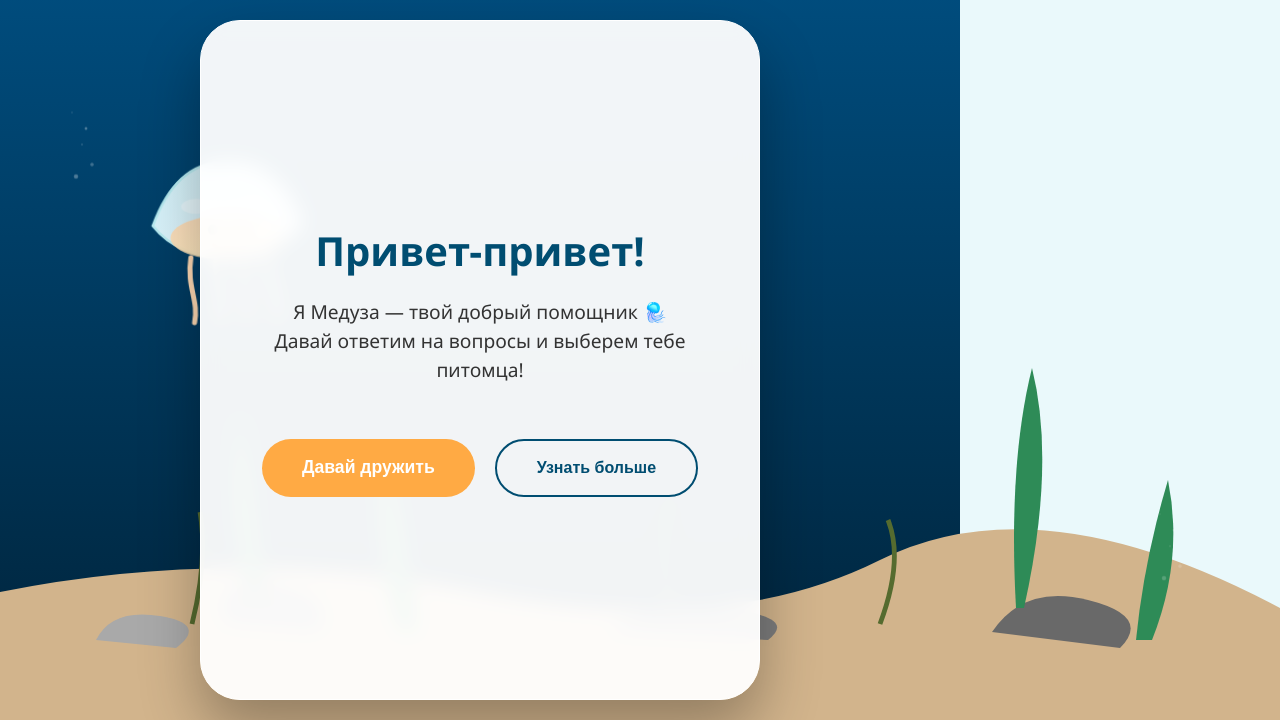
Repository: HOADF/kids-career-world
Page: index.html
These files come from the project's save history. The page is drawn as it stood at one moment and after the next save; the edit follows.
The browser window is 1280 px wide. The pictures show the whole page.

Above is the page before, as saved 2026-03-13 19:47:46.

### index.html
<!doctype html>
<html lang="ru">
<head>
  <meta charset="utf-8" />
  <meta name="viewport" content="width=device-width,initial-scale=1" />
  <title>Kids Career World</title>
  <link rel="stylesheet" href="style.css">
  <link rel="stylesheet" href="animations.css">
  <script type="module" src="script.js"></script>
</head>
<body>

  <img src="backgrounds/ocean_floor.svg" class="ocean-floor-global">
  <img src="pets/jellyfish.svg" class="jelly-global" id="main-pet-image">
  <img src="fx/bubbles.svg" class="bubble-stream stream-1">
  <img src="fx/bubbles.svg" class="bubble-stream stream-2">

  <main class="page-root">

    <section id="welcome-card" class="welcome-card">
      <h1>Привет-привет!</h1>
      <p class="lead">
        Я Медуза — твой добрый помощник 🪼<br>
        Давай ответим на вопросы и выберем тебе питомца!
      </p>
      <div style="display: flex; gap: 20px; justify-content: center; margin-top: 30px;">
        <button id="start-quiz" class="btn-primary">Давай дружить</button>
        <button id="learn-more" class="btn-ghost">Узнать больше</button>
      </div>
    </section>

    <section id="questions-section" class="questions-card hidden">
      <div id="progress">Вопрос <span id="q-index">1</span> из <span id="q-total">5</span></div>
      <h2 id="question-title" style="margin: 20px 0;">Загрузка...</h2>
      <div id="answers" style="display: grid; gap: 15px;"></div>
      <button id="btn-back" class="btn-ghost" style="margin-top: 20px;">◀ Назад</button>
    </section>

  </main>

</body>
</html>

### style.css
/* Главный файл стилей — "Оглавление" */
@import url('base.css');
@import url('components.css');
@import url('animations.css');
@import url('games-list.css');

### animations.css
/* ОБЩИЙ ФОН ДЛЯ ВСЕГО САЙТА */
body {
  margin: 0;
  padding: 0;
  width: 100vw;
  height: 100vh;
  overflow: hidden; /* Чтобы не было полос прокрутки */
  font-family: 'Segoe UI', sans-serif;

  /* Ставим картинку океана фоном всего документа */
  background: url('backgrounds/ocean.svg') no-repeat center center fixed;
  background-size: cover;
  display: flex;
  justify-content: center;
  align-items: center;
}

/* ДНО ОКЕАНА (фиксируем снизу) */
.ocean-floor-global {
  position: fixed;
  bottom: 0;
  left: 0;
  width: 100%;
  height: auto;
  pointer-events: none;
  z-index: 1;
}

/* МЕДУЗА (плавает за карточкой) */
.jelly-global {
  position: fixed;
  left: 10%;
  top: 20%;
  width: 200px;
  z-index: 2;
  animation: petFloat 6s ease-in-out infinite;
}

@keyframes petFloat {
  0%, 100% { transform: translateY(0) rotate(-2deg); }
  50% { transform: translateY(-30px) rotate(2deg); }
}

/* ПУЗЫРЬКИ (на весь экран) */
.bubble-stream {
  position: fixed;
  bottom: -100px;
  width: 40px;
  opacity: 0.4;
  z-index: 3;
}
.stream-1 { left: 5%; animation: rise 10s infinite; }
.stream-2 { left: 90%; animation: rise 15s infinite 2s; }

@keyframes rise {
  0% { transform: translateY(0); opacity: 0; }
  50% { opacity: 0.6; }
  100% { transform: translateY(-110vh); opacity: 0; }
}

/* СТЕКЛЯННАЯ КАРТОЧКА */
.page-root {
  position: relative;
  z-index: 10; /* Карточка всегда поверх фона */
  width: 100%;
  max-width: 600px;
  padding: 20px;
}

.welcome-card, .questions-card, .result-card {
  background: rgba(255, 255, 255, 0.95); /* Почти белая, но чуть прозрачная */
  backdrop-filter: blur(10px);
  border-radius: 40px;
  padding: 50px;
  text-align: center;
  box-shadow: 0 30px 60px rgba(0,0,0,0.3);
  border: 1px solid white;
}

h1 { color: #004d71; font-size: 2.5rem; margin: 0 0 20px; }
.lead { color: #333; font-size: 1.2rem; line-height: 1.5; }

.btn-primary {
  background: #ffaa44;
  color: white;
  border: none;
  padding: 18px 40px;
  border-radius: 50px;
  font-weight: bold;
  cursor: pointer;
  font-size: 1.1rem;
}

.btn-ghost {
  background: transparent;
  color: #004d71;
  border: 2px solid #004d71;
  padding: 18px 40px;
  border-radius: 50px;
  font-weight: bold;
}

.hidden { display: none !important; }

### script.js
import { petAssets } from './config.js';
import { QuizManager } from './quiz.js';

document.addEventListener('DOMContentLoaded', () => {
    const quiz = new QuizManager();

    // Элементы интерфейса
    const welcomeCard = document.getElementById('welcome-card');
    const questionsSection = document.getElementById('questions-section');
    const resultSection = document.getElementById('result-section');
    const petRoom = document.getElementById('pet-room');

    // Кнопки
    const startBtn = document.getElementById('start-quiz');
    const btnRestart = document.getElementById('restart');
    const btnContinue = document.getElementById('continue');
    const btnBack = document.getElementById('btn-back');

    // Поля теста
    const qTitle = document.getElementById('question-title');
    const qAnswers = document.getElementById('answers');
    const qIndexEl = document.getElementById('q-index');
    const qTotalEl = document.getElementById('q-total');

    // Поля результата
    const resultPet = document.getElementById('result-pet');
    const resultGames = document.getElementById('result-games');
    const resultTitle = document.getElementById('result-title');

    // Слои мира (динамический фон)
    const bgImg = document.getElementById('bg-img');
    const floorImg = document.getElementById('floor-img');
    const mainPetImg = document.getElementById('pet-img');

    // 1. ПРОВЕРКА ВХОДА
    if (localStorage.getItem('childName') && petRoom) {
        welcomeCard?.classList.add('hidden');
        petRoom.classList.remove('hidden');
    }

    // 2. СБОРКА SVG ПИТОМЦА
    function assemblePet(type, markType = 'heart') {
        const body = petAssets.bodies[type] || petAssets.bodies['artist'];
        const mark = petAssets.marks[markType] || "";
        return `
        <svg viewBox="0 0 200 200" style="width:100%; height:100%;">
          ${body}
          <g class="accessory-layer">${mark}</g>
        </svg>`;
    }

    // 3. ОБНОВЛЕНИЕ ВИЗУАЛА МИРА
    function updateWorld(worldData, petType) {
        if (!worldData) return;

        // Плавная смена через прозрачность (если добавить transition в CSS)
        if (bgImg) bgImg.src = worldData.bg;
        if (floorImg) floorImg.src = worldData.floor;

        // Меняем главного персонажа на фоне
        if (mainPetImg) {
            mainPetImg.src = `pets/${petType}.svg`;
            // Если используешь SVG сборку для фона:
            // mainPetImg.parentElement.innerHTML = assemblePet(petType);
        }
    }

    // 4. ОТОБРАЖЕНИЕ ВОПРОСА
    function renderQuestion() {
        const q = quiz.getCurrentQuestion();
        const progress = quiz.getProgress();

        qIndexEl.textContent = progress.current;
        qTotalEl.textContent = progress.total;
        qTitle.textContent = q.text;
        qAnswers.innerHTML = '';

        q.answers.forEach(ans => {
            const btn = document.createElement('button');
            btn.className = 'answer-btn btn-primary'; // Используем наши новые стили
            btn.style.margin = "5px";
            btn.textContent = ans.text;

            btn.onclick = () => {
                const step = quiz.nextQuestion(ans.type);
                if (step.finished) {
                    showResult(step.result);
                } else {
                    renderQuestion();
                }
            };
            qAnswers.appendChild(btn);
        });

        if (btnBack) btnBack.disabled = progress.current === 1;
    }

    function showResult(result) {
        questionsSection.classList.add('hidden');
        resultSection.classList.remove('hidden');

        // Меняем фон и персонажа под результат
        updateWorld(result.data.world, result.type);

        resultTitle.textContent = `Твой друг: ${result.data.pet}`;
        resultPet.innerHTML = assemblePet(result.type, 'heart');
        resultGames.textContent = result.data.games;
    }

    // 5. СОБЫТИЯ
    startBtn?.addEventListener('click', () => {
        welcomeCard.classList.add('hidden');
        questionsSection.classList.remove('hidden');
        renderQuestion();
    });

    btnBack?.addEventListener('click', () => {
        if (quiz.prevQuestion()) renderQuestion();
    });

    btnRestart?.addEventListener('click', () => {
        quiz.reset();
        resultSection.classList.add('hidden');
        welcomeCard.classList.remove('hidden');
        // Возвращаем стандартный фон океана
        if (bgImg) bgImg.src = 'backgrounds/ocean.svg';
        if (floorImg) floorImg.src = 'backgrounds/ocean_floor.svg';
    });

    btnContinue?.addEventListener('click', () => {
        localStorage.setItem('childName', 'Друг');
        location.reload();
    });
});

### base.css
/* ---------- Базовые стили ---------- */
:root {
  --color-bg: #eaf9fb;
  --color-accent: #ffb44a;
  --color-text: #023436;
  --color-subtle: #0b6b6f;
  --color-white: #ffffff;
  --transition-fast: 0.3s ease;
  --transition-slow: 0.6s ease;
}

* {
  box-sizing: border-box;
  margin: 0;
  padding: 0;
}

html, body {
  width: 100%;
  height: 100%;
  font-family: system-ui, "Segoe UI", Roboto, sans-serif;
  color: var(--color-text);
  background-color: var(--color-bg);
  overflow-x: hidden;
}

.hidden {
  display: none !important;
}

.background-decor {
  position: fixed;
  top: 0;
  left: 0;
  width: 100%;
  height: 100%;
  background: linear-gradient(180deg, #eaf9fb 0%, #f8ffff 100%);
  z-index: -1;
}

.page-root {
  display: flex;
  flex-direction: column;
  align-items: center;
  justify-content: center;
  padding: 2rem;
  min-height: 100vh;
}

/* 📱 АДАПТИВНОСТЬ ПОД УСТРОЙСТВА */
@media (max-width: 700px) {
  .welcome-card { padding: 1.5rem; }
  .welcome-inner { flex-direction: column; text-align: center; }
  .controls { justify-content: center; }
}

@media (max-width: 480px) {
  body { font-size: 14px; padding: 0.5rem; }
  .welcome-card, .questions-card, .result-card { padding: 1rem; border-radius: 1rem; }
  .welcome-card h1 { font-size: 1.4rem; line-height: 1.4; }
  .welcome-text p { font-size: 0.95rem; }
  .controls { flex-direction: column; gap: 0.75rem; }
  button { width: 100%; font-size: 1rem; padding: 0.8rem; }
  .pet-visual { width: 120px; height: 120px; }
}

@media (min-width: 481px) and (max-width: 768px) {
  body { font-size: 16px; padding: 1rem; }
  .welcome-card, .questions-card, .result-card { padding: 1.5rem; }
  .welcome-card h1 { font-size: 1.8rem; }
  .welcome-text p { font-size: 1rem; }
  button { font-size: 1rem; padding: 0.9rem 1.2rem; }
  .pet-visual { width: 150px; height: 150px; }
}

@media (min-width: 769px) and (max-width: 1200px) {
  body { font-size: 18px; padding: 1.5rem; }
  .welcome-card, .questions-card, .result-card { padding: 2rem; }
  .welcome-card h1 { font-size: 2rem; }
  .pet-visual { width: 180px; height: 180px; }
}

@media (min-width: 1201px) {
  body { font-size: 20px; max-width: 960px; margin: 0 auto; }
  .welcome-card, .questions-card, .result-card { border-radius: 2rem; }
  .pet-visual { width: 200px; height: 200px; }
}

### components.css
/* ---------- Карточки и Кнопки ---------- */
.welcome-card,
.questions-card,
.result-card {
  background: var(--color-white);
  border-radius: 24px;
  box-shadow: 0 6px 20px rgba(0, 0, 0, 0.08);
  max-width: 900px;
  width: 100%;
  padding: 2rem 3rem;
  display: flex;
  flex-direction: column;
  justify-content: center;
  animation: fadeIn var(--transition-slow);
}

.welcome-inner { display: flex; align-items: center; gap: 2rem; flex-wrap: wrap; justify-content: center; }
.welcome-text { flex: 1 1 400px; text-align: left; }

h1, h2 { font-weight: 700; color: var(--color-subtle); margin-bottom: 1rem; }
.lead { font-size: 1.1rem; line-height: 1.6; margin-bottom: 1.5rem; }

.controls { display: flex; gap: 1rem; flex-wrap: wrap; margin-bottom: 1rem; }

.btn-primary, .btn-ghost {
  font-size: 1rem; border-radius: 12px; padding: 0.8rem 1.6rem;
  cursor: pointer; transition: all var(--transition-fast); border: none;
}
.btn-primary { background: var(--color-accent); color: var(--color-white); }
.btn-primary:hover { background: #ff9f1a; transform: translateY(-2px); }
.btn-ghost { background: transparent; color: var(--color-subtle); border: 2px solid var(--color-subtle); }
.btn-ghost:hover { background: var(--color-subtle); color: var(--white); transform: translateY(-2px); }

.small { padding: 0.5rem 1rem; font-size: 0.9rem; }
.meta-note { font-size: 0.9rem; color: #555; opacity: 0.8; }

/* ---------- Опрос и Результат ---------- */
.questions-inner, .result-inner { display: flex; flex-direction: column; align-items: center; gap: 1rem; }
.progress { font-size: 0.95rem; color: #666; }
.question-title { font-size: 1.2rem; text-align: center; margin-bottom: 1rem; }

.answers { display: flex; flex-direction: column; gap: 0.8rem; width: 100%; max-width: 600px; }
.answers button {
  background: var(--color-bg); border: 2px solid transparent; border-radius: 12px;
  padding: 0.8rem 1.2rem; text-align: left; transition: all var(--transition-fast); font-size: 1rem;
}
.answers button:hover { border-color: var(--color-accent); background: #fff8f0; transform: translateY(-1px); }
.answers button.selected { border-color: var(--color-accent); background: #fff1de; }

.nav-row, .result-controls { display: flex; justify-content: space-between; width: 100%; max-width: 600px; margin-top: 1rem; }
.result-pet { margin-top: 1rem; font-size: 1.1rem; }
.result-games { font-size: 1rem; color: #333; }

### games-list.css
.games-container {
  display: flex;
  flex-wrap: wrap;
  gap: 16px;
  justify-content: center;
}

.game-card {
  width: 220px;
  background: #fff;
  border-radius: 14px;
  padding: 12px;
  box-shadow: 0 6px 14px rgba(0,0,0,0.1);
  text-align: center;
}

.game-card img {
  width: 100%;
  border-radius: 10px;
}

.play-btn {
  display: inline-block;
  margin-top: 8px;
  background: #4fc3f7;
  color: #fff;
  padding: 8px 12px;
  border-radius: 8px;
  text-decoration: none;
  font-weight: bold;
}

.play-btn:hover {
  transform: translateY(-2px);
}

.level {
  color: #555;
  font-size: 14px;
  margin-top: 4px;
}

.main-layout {
  display: flex;
  justify-content: space-between;
  align-items: flex-start;
  gap: 32px;
  max-width: 1200px;
  margin: 0 auto;
  padding: 20px;
}

.welcome-card {
  flex: 1 1 50%;
  min-width: 400px;
}

.games-panel {
  flex: 1 1 50%;
  min-width: 400px;
}

.games-container {
  display: flex;
  flex-wrap: wrap;
  gap: 16px;
  justify-content: center;
}

.game-card {
  width: 200px;
  background: #fff;
  border-radius: 14px;
  padding: 12px;
  box-shadow: 0 6px 14px rgba(0,0,0,0.1);
  text-align: center;
}

### quiz.js
import { questions, results } from './config.js';

export class QuizManager {
    constructor() {
        this.currentQuestion = 0;
        this.answersGiven = [];
    }

    getCurrentQuestion() {
        return questions[this.currentQuestion];
    }

    nextQuestion(answerType) {
        this.answersGiven[this.currentQuestion] = answerType;
        if (this.currentQuestion < questions.length - 1) {
            this.currentQuestion++;
            return { finished: false };
        }
        return { finished: true, result: this.calculateResult() };
    }

    prevQuestion() {
        if (this.currentQuestion > 0) {
            this.currentQuestion--;
            return true;
        }
        return false;
    }

    calculateResult() {
        const counts = {};
        this.answersGiven.forEach(t => counts[t] = (counts[t] || 0) + 1);
        const topType = Object.keys(counts).reduce((a, b) => counts[a] > counts[b] ? a : b);
        return { type: topType, data: results[topType] };
    }

    reset() {
        this.currentQuestion = 0;
        this.answersGiven = [];
    }

    getProgress() {
        return {
            current: this.currentQuestion + 1,
            total: questions.length
        };
    }
}

Loaded but not shown: pets/jellyfish.svg (23 lines, source omitted); backgrounds/ocean_floor.svg (30 lines, source omitted); backgrounds/ocean.svg (17 lines, source omitted); fx/bubbles.svg (10 lines, source omitted); config.js (176 lines, source omitted)

After the next save:
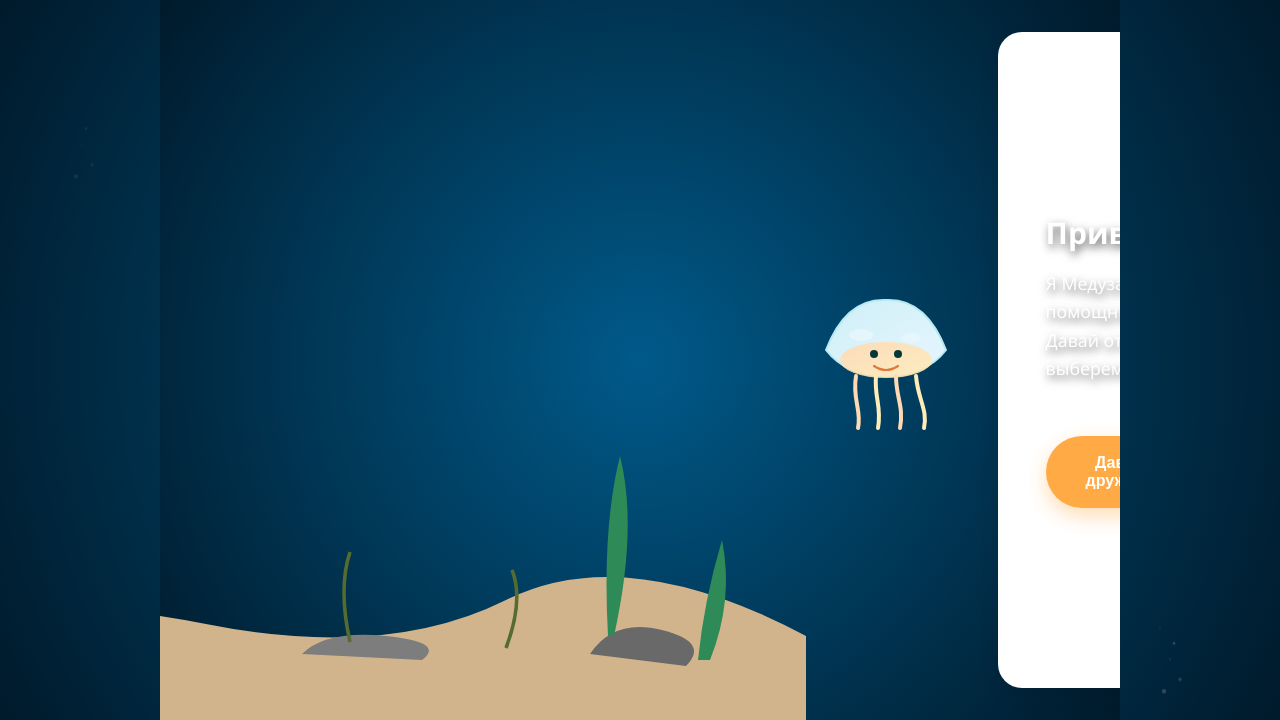
Saved 2 min 11 s later.
--- a/animations.css
+++ b/animations.css
@@ -1,103 +1,148 @@
-/* ОБЩИЙ ФОН ДЛЯ ВСЕГО САЙТА */
-body {
+/* ---------- 1. ОБЩИЙ ФОН НА ВЕСЬ ЭКРАН (Body) ---------- */
+body, html {
   margin: 0;
   padding: 0;
   width: 100vw;
   height: 100vh;
-  overflow: hidden; /* Чтобы не было полос прокрутки */
-  font-family: 'Segoe UI', sans-serif;
+  overflow: hidden; /* Без полос прокрутки */
+  font-family: 'Segoe UI', Tahoma, Geneva, Verdana, sans-serif;
 
-  /* Ставим картинку океана фоном всего документа */
-  background: url('backgrounds/ocean.svg') no-repeat center center fixed;
-  background-size: cover;
+  /* Глубокий градиент океана */
+  background: radial-gradient(circle at center, #005a8a 0%, #001a2b 100%);
   display: flex;
   justify-content: center;
   align-items: center;
 }
 
-/* ДНО ОКЕАНА (фиксируем снизу) */
-.ocean-floor-global {
+/* ---------- 2. СЛОИ ГЛУБИНЫ (Параллакс) ---------- */
+.scene-layers {
   position: fixed;
+  top: 0;
+  left: 0;
+  width: 100%;
+  height: 100%;
+  z-index: 1; /* Под карточкой */
+}
+
+/* Фон (звезды/свет) - самый дальний */
+.layer-bg {
+  position: absolute;
+  top: 0; left: 0; width: 100%; height: 100%;
+  object-fit: cover;
+  opacity: 0.3; /* Приглушенный */
+}
+
+/* Дно океана - с тенью для объема */
+.layer-floor {
+  position: absolute;
   bottom: 0;
   left: 0;
   width: 100%;
   height: auto;
-  pointer-events: none;
-  z-index: 1;
+  min-height: 25vh;
+  object-fit: cover;
+  z-index: 5;
+  /* Мягкая тень, приподнимающая дно */
+  filter: drop-shadow(0 -15px 30px rgba(0,0,0,0.4));
 }
 
-/* МЕДУЗА (плавает за карточкой) */
-.jelly-global {
+/* ---------- 3. ПЕРСОНАЖ (Слева по центру) ---------- */
+.main-pet {
   position: fixed;
-  left: 10%;
-  top: 20%;
-  width: 200px;
-  z-index: 2;
+  left: 8%;           /* Прижали к левому краю */
+  top: 40%;           /* По центру высоты (чуть выше) */
+  width: 180px;
+  height: auto;
+  z-index: 10;
+
+  /* Анимация плавного парения */
   animation: petFloat 6s ease-in-out infinite;
+
+  /* Глубокая тень для ОБЪЕМА */
+  filter: drop-shadow(0 20px 40px rgba(0,0,0,0.5)) drop-shadow(0 5px 10px rgba(0,0,0,0.3));
 }
 
 @keyframes petFloat {
   0%, 100% { transform: translateY(0) rotate(-2deg); }
-  50% { transform: translateY(-30px) rotate(2deg); }
+  50% { transform: translateY(-35px) rotate(3deg); }
 }
 
-/* ПУЗЫРЬКИ (на весь экран) */
+/* ---------- 4. ПУЗЫРЬКИ ---------- */
 .bubble-stream {
-  position: fixed;
+  position: absolute;
   bottom: -100px;
   width: 40px;
-  opacity: 0.4;
-  z-index: 3;
+  opacity: 0.2;
+  z-index: 8; /* За медузой и карточкой */
 }
 .stream-1 { left: 5%; animation: rise 10s infinite; }
-.stream-2 { left: 90%; animation: rise 15s infinite 2s; }
+.stream-2 { left: 90%; animation: rise 15s infinite 3s; }
 
 @keyframes rise {
   0% { transform: translateY(0); opacity: 0; }
-  50% { opacity: 0.6; }
+  20% { opacity: 0.4; }
   100% { transform: translateY(-110vh); opacity: 0; }
 }
 
-/* СТЕКЛЯННАЯ КАРТОЧКА */
+/* ---------- 5. СТЕКЛЯННАЯ ОБЪЕМНАЯ КАРТОЧКА ---------- */
 .page-root {
+  display: flex;
+  justify-content: center;
+  align-items: center;
+  width: 100%;
+  min-height: 100vh;
   position: relative;
-  z-index: 10; /* Карточка всегда поверх фона */
-  width: 100%;
-  max-width: 600px;
-  padding: 20px;
+  z-index: 20; /* Поверх всего фона */
 }
 
-.welcome-card, .questions-card, .result-card {
-  background: rgba(255, 255, 255, 0.95); /* Почти белая, но чуть прозрачная */
-  backdrop-filter: blur(10px);
-  border-radius: 40px;
-  padding: 50px;
+/* Общий стиль для объемного стекла */
+.glass-panel {
+  background: rgba(255, 255, 255, 0.05); /* Очень прозрачный */
+
+  /* Эффект МАТОВОГО СТЕКЛА */
+  backdrop-filter: blur(20px);
+  -webkit-backdrop-filter: blur(20px);
+
+  /* Объемная белая рамка */
+  border: 1px solid rgba(255, 255, 255, 0.15);
+  border-radius: 3rem;
+
+  /* СЛОЖНЫЕ ТЕНИ ДЛЯ ОБЪЕМА И ЛЕГКОСТИ */
+  box-shadow:
+    0 30px 60px rgba(0, 0, 0, 0.4),          /* Глубокая тень снизу */
+    0 10px 20px rgba(0, 0, 0, 0.2),          /* Мягкая тень */
+    inset 0 0 30px rgba(255, 255, 255, 0.05); /* Внутренний блик */
+
+  padding: 60px;
+  max-width: 650px;
+  width: 100%;
+  color: white;
   text-align: center;
-  box-shadow: 0 30px 60px rgba(0,0,0,0.3);
-  border: 1px solid white;
 }
 
-h1 { color: #004d71; font-size: 2.5rem; margin: 0 0 20px; }
-.lead { color: #333; font-size: 1.2rem; line-height: 1.5; }
+/* Тексты с тенью для объема */
+h1, .lead {
+  color: white !important;
+  text-shadow: 2px 4px 10px rgba(0,0,0,0.6);
+}
 
 .btn-primary {
   background: #ffaa44;
   color: white;
   border: none;
-  padding: 18px 40px;
+  padding: 16px 40px;
   border-radius: 50px;
   font-weight: bold;
   cursor: pointer;
-  font-size: 1.1rem;
+  box-shadow: 0 8px 20px rgba(255, 170, 68, 0.4);
+  transition: transform 0.2s;
 }
+.btn-primary:hover { transform: scale(1.03); }
 
 .btn-ghost {
   background: transparent;
-  color: #004d71;
-  border: 2px solid #004d71;
-  padding: 18px 40px;
+  color: white;
+  border: 2px solid white;
+  padding: 16px 40px;
   border-radius: 50px;
-  font-weight: bold;
 }
-
-.hidden { display: none !important; }
